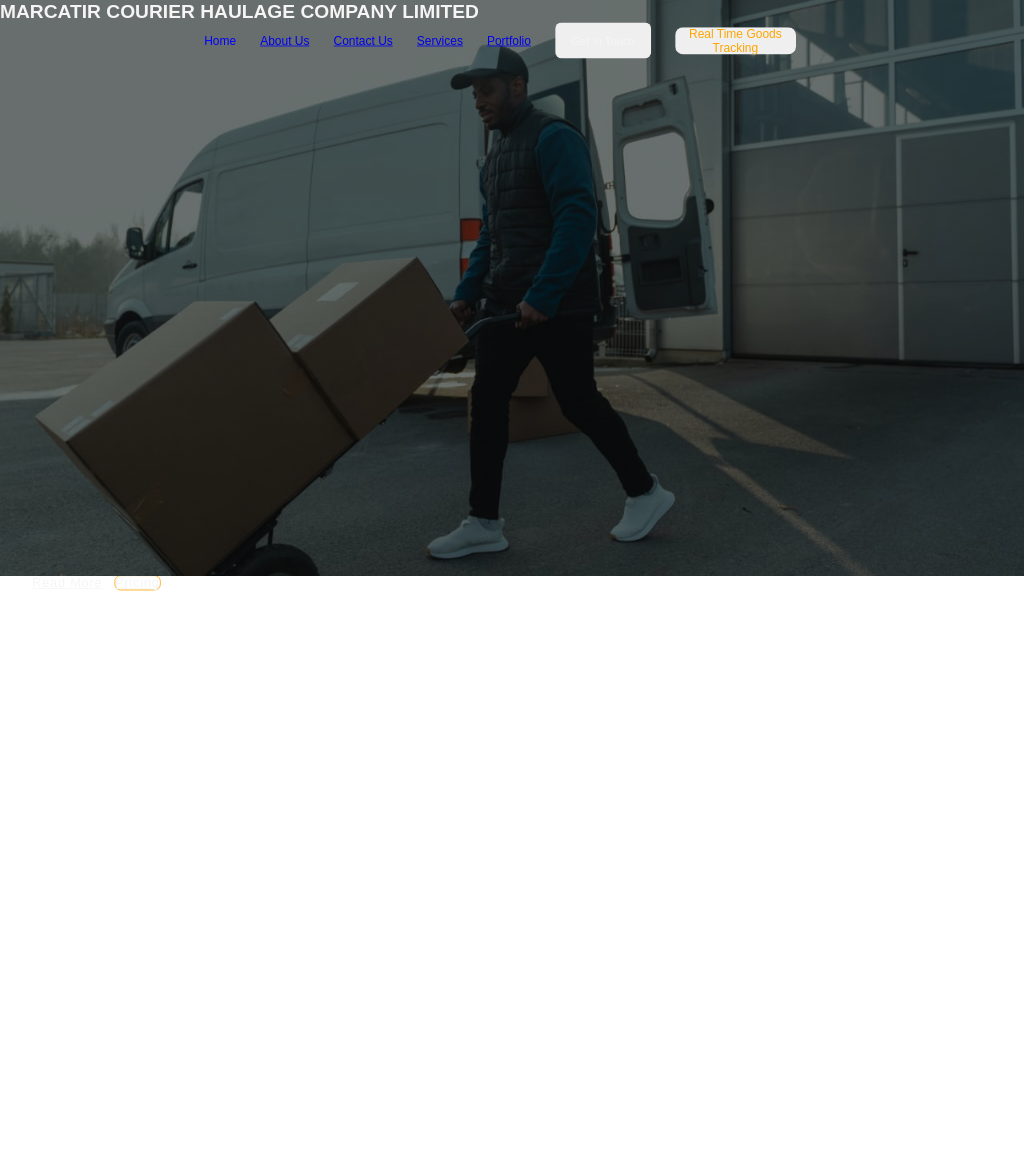
Repository: YagahAi/MARCATIR
Page: INDEX.HTML
The author's editor kept a copy of each file at every save. The page is drawn from the files as they stood at one save, then again after a run of saves.
The browser window is 1280 px wide. The pictures show the whole page, at 80% of full size.

Above is the page before, as saved 2023-09-15 02:33:34.

### INDEX.HTML
<!DOCTYPE html>
<html lang="en">
<head>
    <meta charset="UTF-8">
    <meta name="viewport" content="width=device-width, initial-scale=1.0">
    <title>MARCATIR COURIER AND HAULAGE COMPANY LIMITED</title>
    <link rel="STYLESHEET" href="STYLE.CSS">
</head>
<body>
    <div class="container-fluid">
        <h2 class="logo">MARCATIR COURIER HAULAGE COMPANY LIMITED</h2>
        <nav>
            <ul>
                <li class="active">Home</li>
                <li><a href="/aboutus.html">About Us</a></li>
                <li><a href="/contactus.html">Contact Us</a></li>
                <li><a href="services.html">Services</a></li>
                <li><a href="portfolio.html">Portfolio</a></li>
                <li><a href="/form.html" target="_blank"><button class="btn">Get In Touch</button></a></li>
                <li><button class="btn2">Real Time Goods Tracking</button></li>

            </ul>
        </nav>
    </div>
    <div class="content">
        <a href="/Readmore.html" button class="btn">Read More</button></a>
       <a href="/Pricing.html" button class="btn btn2">Pricing</button></a>
    </div>

</body>
</html>

### STYLE.CSS
* {
  margin: 0;
  padding: 0;
  transition: 0;
  overflow: hidden;
  font-family: sans-serif;
}
.container-fluid{
  width: 100%;
  height: 100vh;
  background: linear-gradient(to left,rgba(0,0,0,0.5)50%,
    rgba(0,0,0,0.5)50%),url(send\ us.jpg) center/cover;
  background-repeat: no-repeat;
}
.container{
  width: 1200px;
  height: 80px;
  margin: auto;
  display: flex;
  justify-content: space-between;
  align-items: center;
}
.logo{
  color: whitesmoke;
  cursor: pointer;
}
nav ul{
  list-style:none ;
  display: flex;
  justify-content: center;
  align-items: center;
}
nav ul li{
  margin-right: 30px;
  cursor: pointer;
  color: whitesmoke;
  font-weight: 400;
  font-size: 15px;
}
.active{
  color: blue;
}
nav ul li:hover{
  color: blue;
}
.btn{
  width: 120px;
  height: 45px;
  border-radius: 8px;
  border: none;
  color: whitesmoke;
  cursor: pointer;
  font-size: 14px;
}
.btn2{
  width: 21vh;
  height: auto;
  border-radius: 10px;
  border: none;
  color: orange;
  cursor: pointer;
  font-size: 15px;
}
.btn:hover{
  background: whitesmoke;
  color: orange;
}
.btn2:hover{
  background: orange;
  color: whitesmoke;
}
.content{
  width: 1200px;
  height: 100vh;
  margin: auto;
}
.content h3{
  color: orange;
  padding-top: 100px;
  font-weight: 400;
}
.content h1{
  font-size: 80px;
  color: whitesmoke;
  margin-top: 20px;
  line-height: 75px;
}
.content p{
  color: whitesmoke;
  font-size: 16px;
  margin-top: 30px;
  line-height: 30px;
  letter-spacing: 1px;
}
.content .btn{
  margin-top: 20px;
  width: 150px;
  height: 50px;
  font-size: 16px;
  letter-spacing: 1px;
}
.content .btn2{
  background: transparent;
  border: 1px solid orange;
  border-radius: 8px;
  color: whitesmoke;
  margin-left: 10px;
}
.content .btn2:hover{
  background: orange;
}




/* form page */

.form_container{
  width: 600px;
}

.btns{
  display: flex;
  justify-content: space-between;
}

After the next 2 saves:
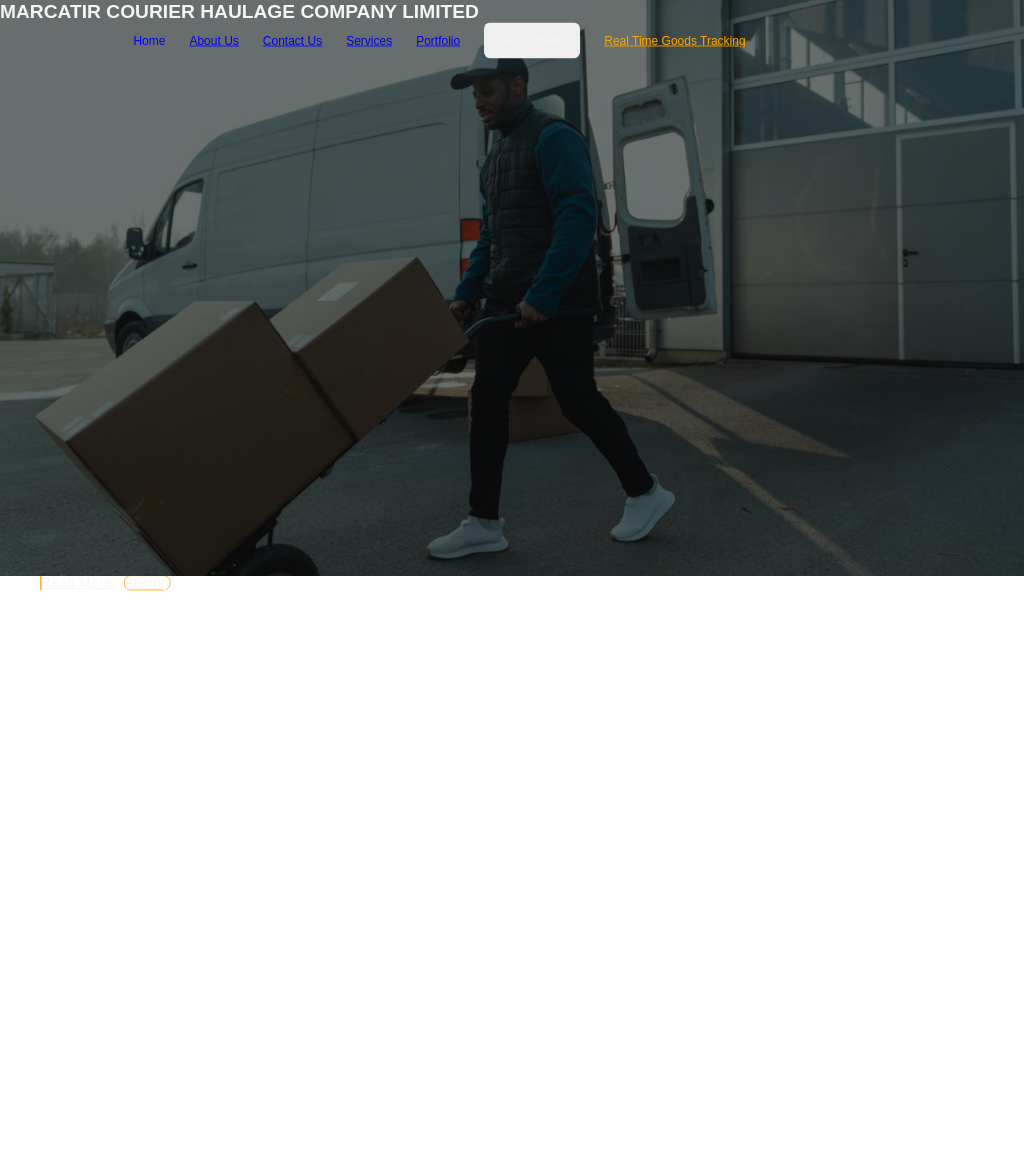
The 2 saves are shown as one change because they came seconds apart.
The last was saved 20 s later.
--- a/INDEX.HTML
+++ b/INDEX.HTML
@@ -17,7 +17,7 @@
                 <li><a href="services.html">Services</a></li>
                 <li><a href="portfolio.html">Portfolio</a></li>
                 <li><a href="/form.html" target="_blank"><button class="btn">Get In Touch</button></a></li>
-                <li><button class="btn2">Real Time Goods Tracking</button></li>
+                <li><a href=""<button class="btn2">Real Time Goods Tracking</button></li>
 
             </ul>
         </nav>

After the 4 saves that followed:
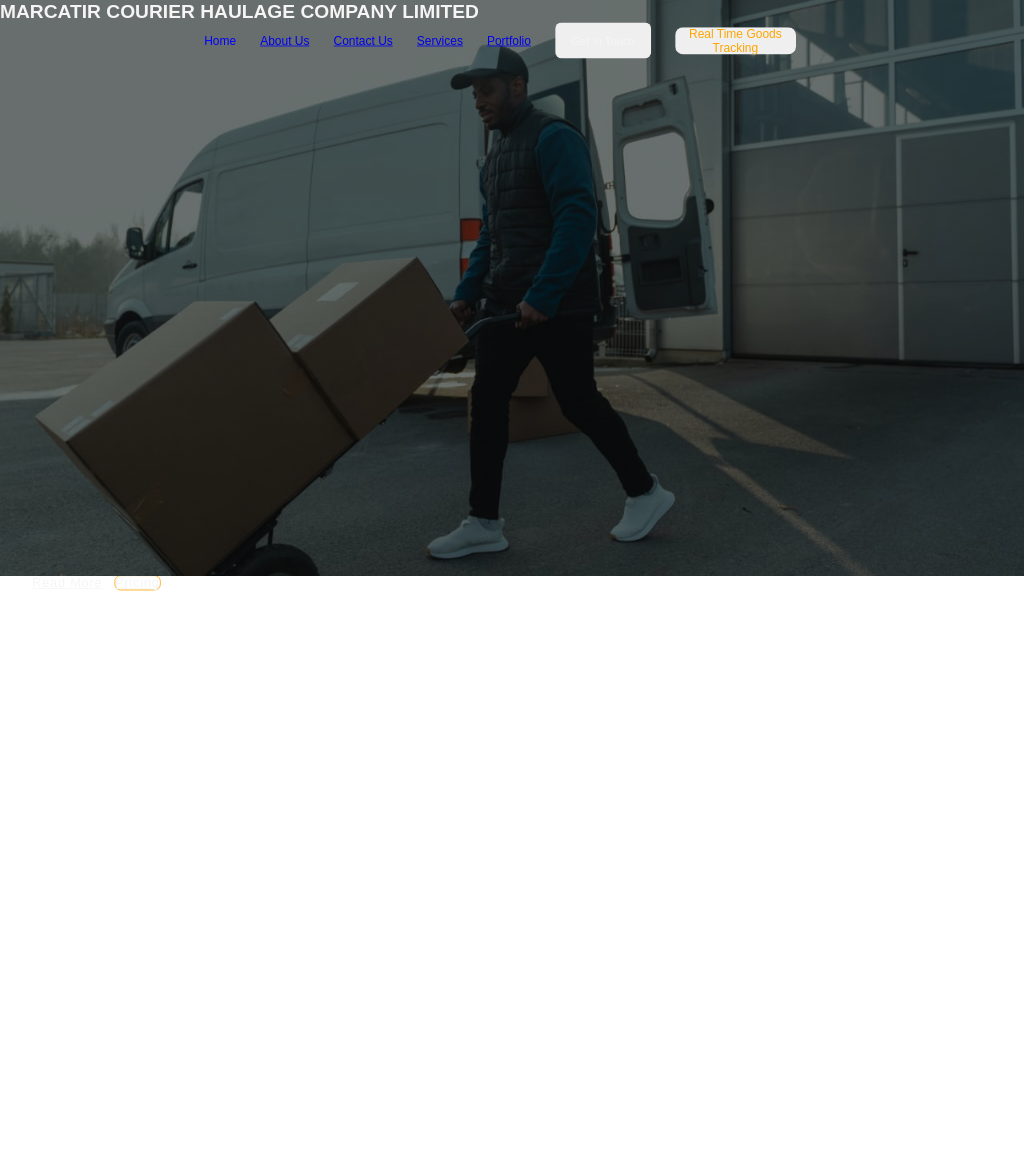
The 4 saves are shown as one change because 1 left the picture as it was and some came seconds apart.
The last was saved 30 s later.
--- a/INDEX.HTML
+++ b/INDEX.HTML
@@ -17,7 +17,7 @@
                 <li><a href="services.html">Services</a></li>
                 <li><a href="portfolio.html">Portfolio</a></li>
                 <li><a href="/form.html" target="_blank"><button class="btn">Get In Touch</button></a></li>
-                <li><a href=""<button class="btn2">Real Time Goods Tracking</button></li>
+                <li><a href="/Realtimegoodstracking.html"></a><button class="btn2">Real Time Goods Tracking</button></li>
 
             </ul>
         </nav>
